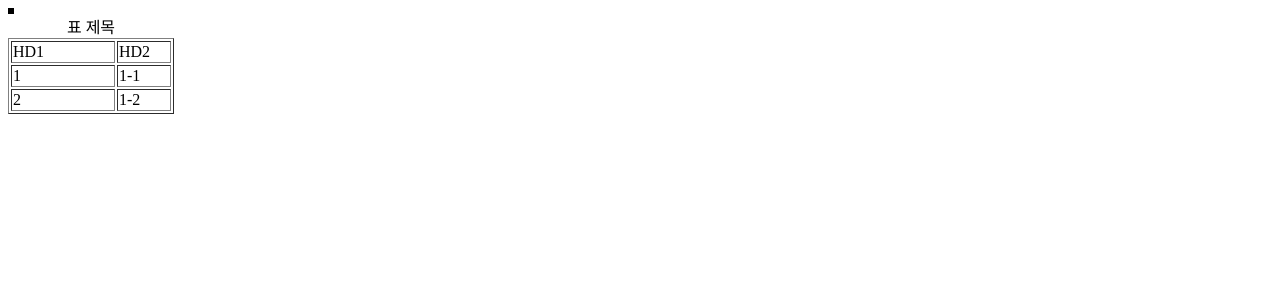
Repository: o-ddong/JSP
Page: ch1_html/WebContent/hello.html
An editor plug-in stored every save of this project. The page is shown before and after the next save, followed by the edit.
The browser window is 1280 px wide. The pictures show the whole page.

Above is the page before, as saved 2021-03-03 05:21:27.

After the next save:
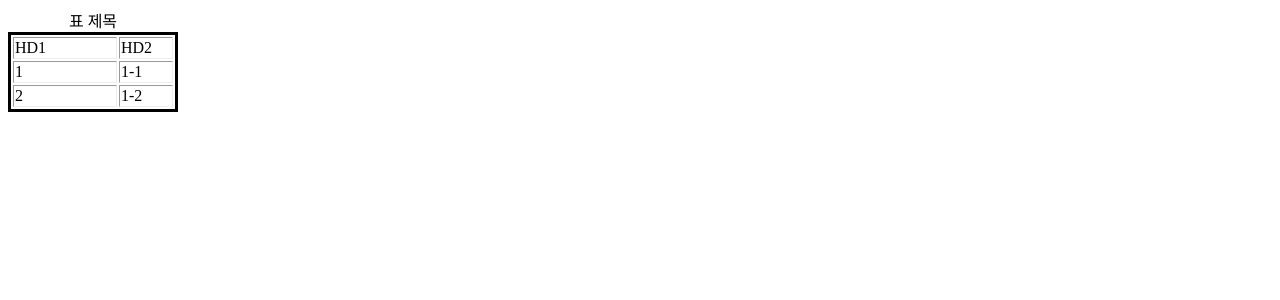
Saved 16 s later.
--- a/ch1_html/WebContent/hello.html
+++ b/ch1_html/WebContent/hello.html
@@ -12,8 +12,7 @@
 </head>
 <body>
 
-<table class = "style0">
-<table border = "1">
+<table border = "1"; class = "style0">
 <caption> 표 제목</caption>
 <tr width=150px><td width=100px> HD1 </td> <td width=50px> HD2 </td> </tr>
 <tr width=1px><td width=1px> 1 </td> <td> 1-1 </td> </tr>
